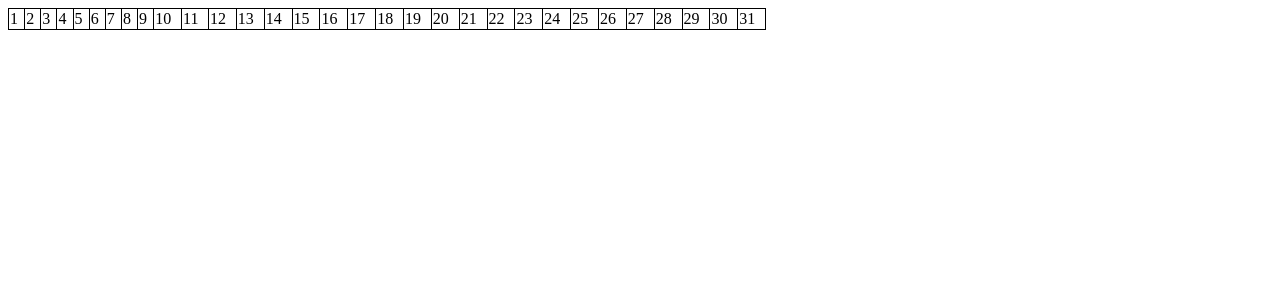
Repository: MegiLove/jspStudy
Page: http://localhost/day1210/calendarTest.jsp
An editor plug-in stored every save of this project. The page is shown before and after the next save, followed by the edit.
The browser window is 1280 px wide. The pictures show the whole page.
The page is served by Tomcat 9.

Above is the page before, as saved 2021-12-10 05:36:03.

After the next save:
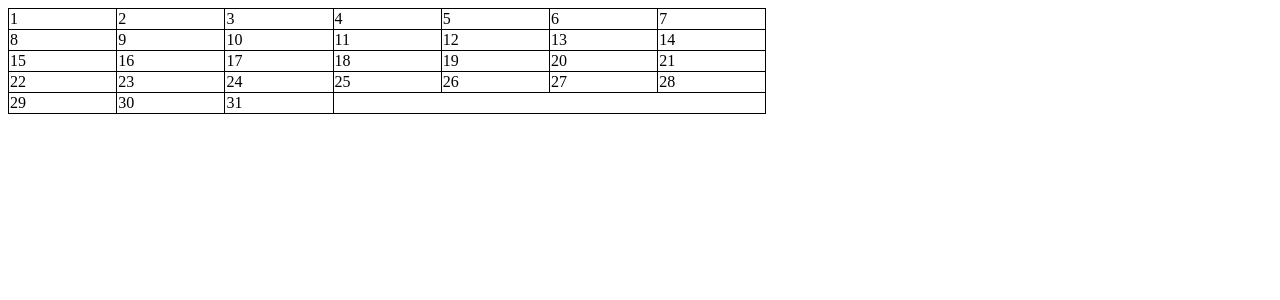
Saved 36 s later.
--- a/day1210/src/main/webapp/calendarTest.jsp
+++ b/day1210/src/main/webapp/calendarTest.jsp
@@ -24,7 +24,9 @@
 			<td><%=i %></td>
 			<%
 			if(i%7==0){
-
+				%>
+				</tr><tr>
+				<%
 			}
 		}
 	%>
